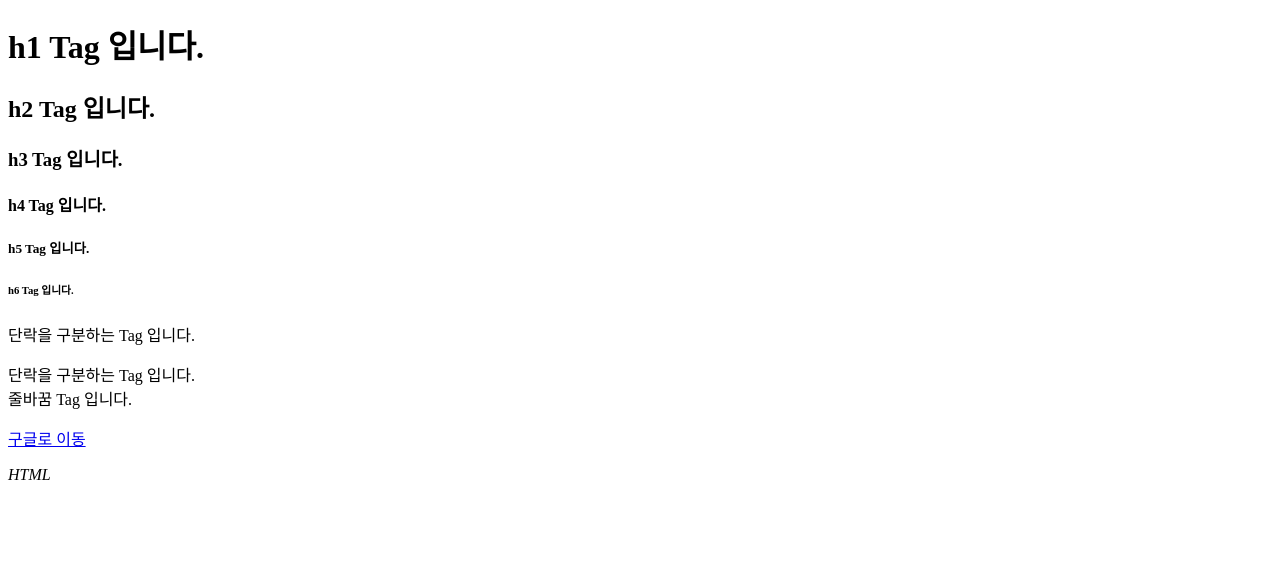
Repository: bjKim2/JSP
Page: HTML/src/main/webapp/Lec02.html
The author's editor kept a copy of each file at every save. The page is drawn from the files as they stood at one save, then again after the next save.
The browser window is 1280 px wide. The pictures show the whole page.

Above is the page before, as saved 2022-03-15 01:46:51.

### HTML/src/main/webapp/Lec02.html
<!DOCTYPE html>
<html>
<head>
<meta charset="UTF-8">
<title>Insert title here</title>
</head>
<body>
	<h1>h1 Tag 입니다.</h1>
	<h2>h2 Tag 입니다.</h2>
	<h3>h3 Tag 입니다.</h3>
	<h4>h4 Tag 입니다.</h4>
	<h5>h5 Tag 입니다.</h5>
	<h6>h6 Tag 입니다.</h6>

	<p>단락을 구분하는 Tag 입니다. </p>
	<p>단락을 구분하는 Tag 입니다. <br>
		줄바꿈 Tag 입니다.  </p>

	<!--p 태그는 좁아져서 알아서 길이를 줄여서 줄 수를 늘린다. 다른건 그냥 스크롤바가 생긴다.  -->

	<p><a href="https://google.com">구글로 이동 </a></p>
	<p><i>HTML</i></p>
</body>
</html>

After the next save:
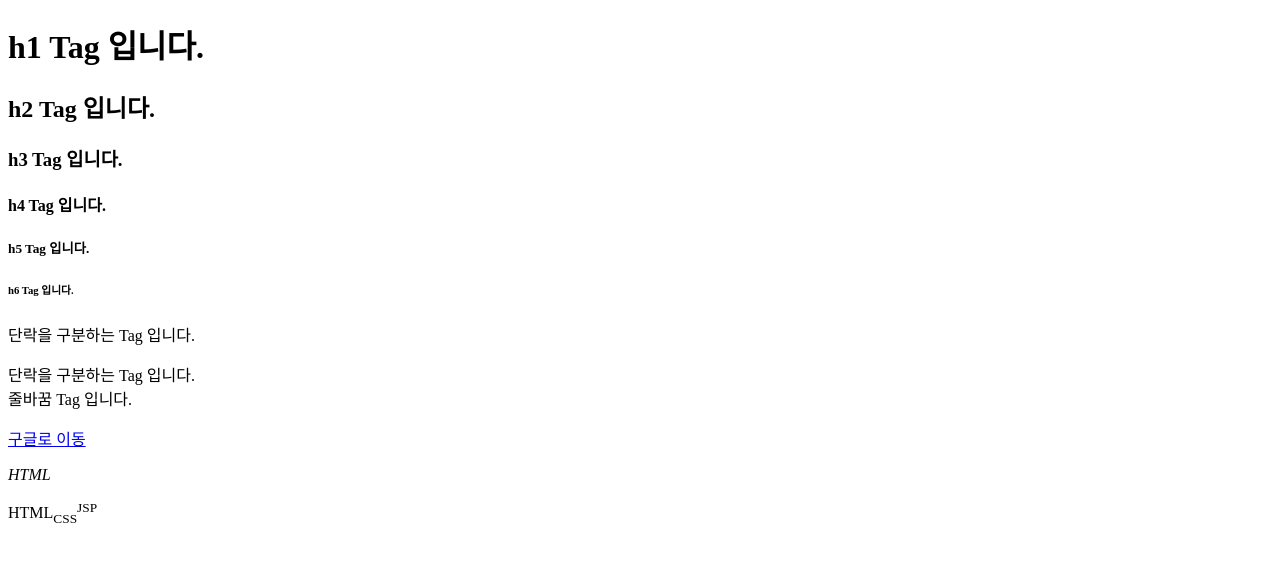
Saved 63 s later.
--- a/HTML/src/main/webapp/Lec02.html
+++ b/HTML/src/main/webapp/Lec02.html
@@ -20,5 +20,6 @@
 
 	<p><a href="https://google.com">구글로 이동 </a></p>
 	<p><i>HTML</i></p>
+	<p>HTML<sub>CSS</sub><sup>JSP</sup></p>
 </body>
 </html>
